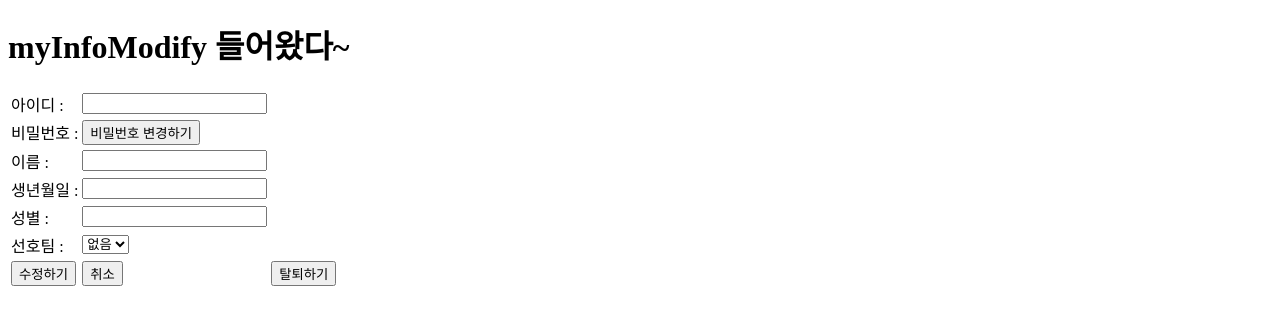
Repository: banana1531/ggs
Page: http://localhost/ggs/WEB-INF/views/myPage/myInfoModify.jsp
These files come from the project's save history. The page is drawn as it stood at one moment and after the next save; the edit follows.
The browser window is 1280 px wide. The pictures show the whole page.
The page is served by Tomcat 9. Nobody is signed in. Other server files are loaded and not shown. The template is opened directly, without the code that normally fills it, so the values that code supplies are empty.

Above is the page before, as saved 2020-07-12 23:35:46.

### 99s/ggs/src/main/webapp/WEB-INF/views/myPage/myInfoModify.jsp
<%@ page language="java" contentType="text/html; charset=utf-8"
    pageEncoding="utf-8"%>
<!DOCTYPE html>
<html>
<head>
<meta charset="utf-8">
<title>Insert title here</title>
</head>
<body>
	<h1> myInfoModify 들어왔다~</h1>

	<div class='container'>
		<form class='form-inline' action="/mypage/myInfoModify.gg" method="post">
			<table class='form-group'>
				<tr>
					<td>아이디 :</td>
					<td><input type="text" name="id" readonly="readonly" value="${myinfo.id }"></td>
				</tr>
				<tr>
					<td>비밀번호 : </td>
					<td>
						<a href="/mypage/updatePwForm.gg"><input type="button" id='chPw' value="비밀번호 변경하기"></a>
					</td>
				</tr>
				<tr>
					<td>이름 : </td>
					<td><input type="text" name="name" readonly="readonly" value="${myinfo.name}"></td>
				</tr>
				<tr>
					<td>생년월일 : </td>
					<td><input type="text" name="birth" readonly="readonly" value="${myinfo.birth }"></td>
				</tr>
				<tr>
					<td>성별 : </td>
					<td><input type="text" name="gender" readonly="readonly" value="${myinfo.gender }"></td>
				</tr>
				<tr>
					<td>선호팀 : </td>
					<td><select name="fteam">
						<option value="없음">없음</option>
						<option value="두산">두산</option>
						<option value="롯데">롯데</option>
						<option value="삼성">삼성</option>
						<option value="키움">키움</option>
						<option value="한화">한화</option>
						<option value="KIA">KIA</option>
						<option value="KT">KT</option>
						<option value="LG">LG</option>
						<option value="NC">NC</option>
						<option value="SK">SK</option>
					</select></td>
				</tr>

				<tr>
					<td><button class="btn">수정하기</button></td>
					<td><button type="reset" class="btn">취소</button></td>
					<td><a href="#"><button class="btn">탈퇴하기</button></a></td>
				</tr>
			</table>

		</form>
		${result }
	</div>
</body>
</html>

After the next save:
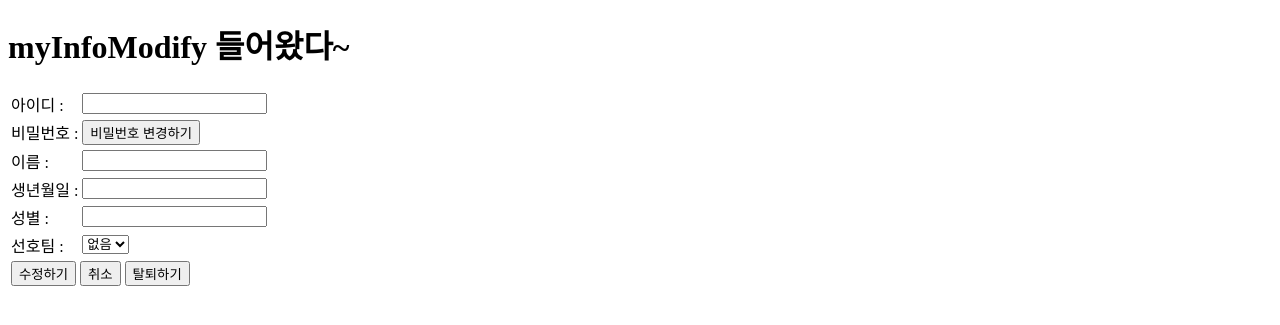
Saved 67 s later.
--- a/99s/ggs/src/main/webapp/WEB-INF/views/myPage/myInfoModify.jsp
+++ b/99s/ggs/src/main/webapp/WEB-INF/views/myPage/myInfoModify.jsp
@@ -52,9 +52,10 @@
 				</tr>
 
 				<tr>
-					<td><button class="btn">수정하기</button></td>
-					<td><button type="reset" class="btn">취소</button></td>
-					<td><a href="#"><button class="btn">탈퇴하기</button></a></td>
+					<td colspan="2"><button class="btn">수정하기</button>
+					<button type="reset" class="btn">취소</button>
+					<a href="#"><button class="btn">탈퇴하기</button></a>
+					</td>
 				</tr>
 			</table>
 
